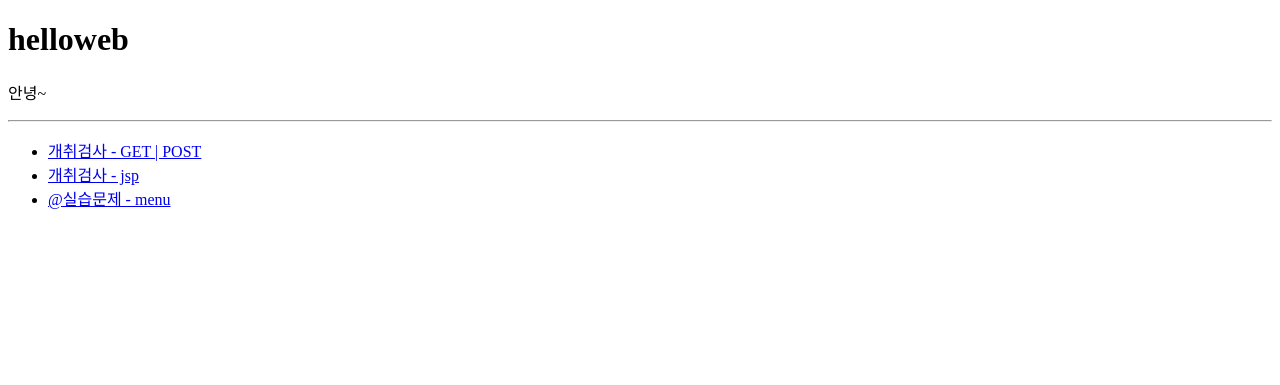
Repository: dygksqkr12/Server
Page: 01_helloweb/WebContent/index.html
The author's editor kept a copy of each file at every save. The page is drawn from the files as they stood at one save, then again after the next save.
The browser window is 1280 px wide. The pictures show the whole page.

Above is the page before, as saved 2021-03-24 11:21:23.

### 01_helloweb/WebContent/index.html
<!DOCTYPE html>
<html>
<head>
<meta charset="UTF-8">
<title>helloweb</title>
</head>
<body>
	<h1>helloweb</h1>
	<p>안녕~</p>
	<hr />

	<ul>
		<!--
			browser(client) 절대주소 작성시, 반드시 context-path부터 작성할 것.
		 	localhost:9090 가 자동으로 작성된다.
		 -->
		<!-- context path이후의 경로를 WebContent폴더에서 찾게된다. -->
		<li><a href="/web/servlet/testPerson1.html">개취검사 - GET | POST</a></li>
		<li><a href="/web/servlet/testPerson2.html">개취검사 - jsp</a></li>
		<li><a href="/web/menu/menu.jsp">@실습문제 - menu</a></li>
	</ul>



</body>
</html>

After the next save:
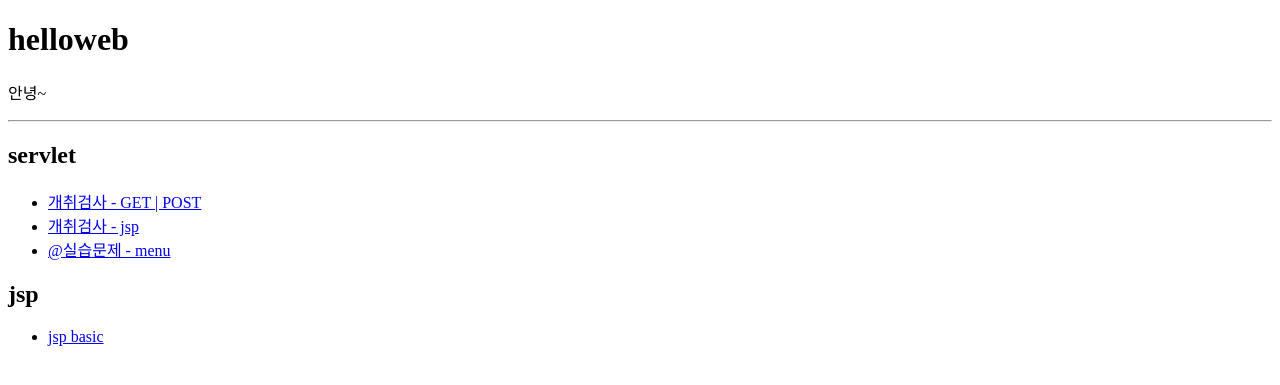
Saved 9 s later.
--- a/01_helloweb/WebContent/index.html
+++ b/01_helloweb/WebContent/index.html
@@ -9,6 +9,7 @@
 	<p>안녕~</p>
 	<hr />
 
+	<h2>servlet</h2>
 	<ul>
 		<!--
 			browser(client) 절대주소 작성시, 반드시 context-path부터 작성할 것.
@@ -20,7 +21,10 @@
 		<li><a href="/web/menu/menu.jsp">@실습문제 - menu</a></li>
 	</ul>
 
-
+	<h2>jsp</h2>
+	<ul>
+		<li><a href="/web/jsp/basic,jsp">jsp basic</a></li>
+	</ul>
 
 </body>
 </html>
